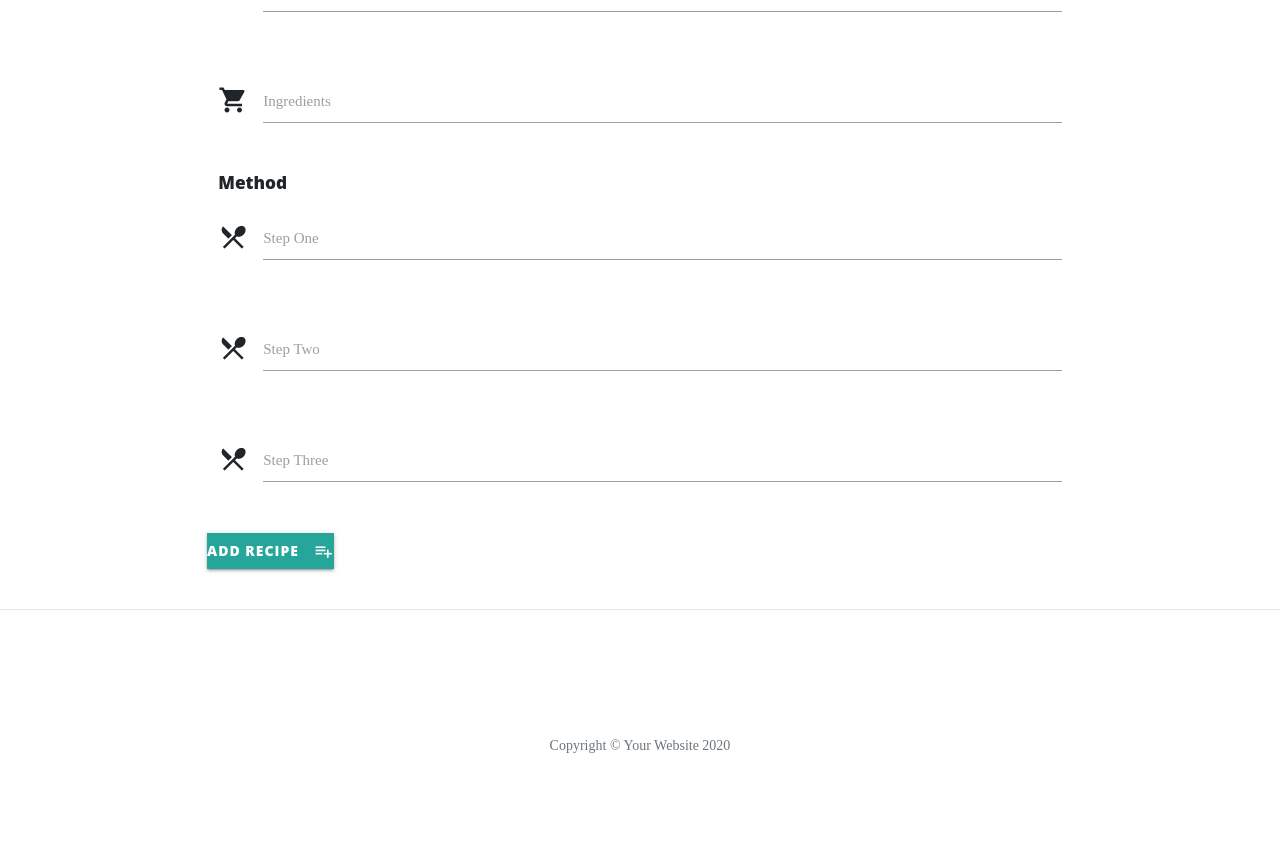
Repository: saffiya/cookbook
Page: http://localhost/addrecipe.html
The author's editor kept a record of every edit. The page is drawn from the files as they stood at one moment, then again after the next edit.
The browser window is 1280 px wide. The pictures show the part of the page from y = 1170 to 2122 px (the page is 2011 px tall before and 2122 px after).
The page is served by the project's application, run on Flask 3 (app.py). Other server files are loaded and not shown. Queries for data that is not in the repository find no rows.

Above is the page before.

### templates/addrecipe.html
{% extends 'base.html' %} {% block content %}
<h3>{{ page_title }}</h3>

<div class="row">
    <form action="{{ url_for('insert_recipe') }}" method="POST" class="col s12">
        <div class="row">
            <div class="input-field col s6">
                <i class="material-icons prefix">create</i>
                <input id="name" name="name" type="text" class="validate">
                <label for="icon_prefix">Recipe Name</label>
            </div>
             <div class="input-field col s6">
                <i class="material-icons prefix">add_a_photo</i>
                <input id="image_source" name="image_source" type="text" class="validate">
                <label for="icon_prefix">Image URL</label>
            </div>
        </div>
        <div class="row">
            <div class="row">
                <div class="input-field col s6">
                    <i class="material-icons prefix">access_time</i>
                    <input id="time" name="time" type="number" class="validate">
                    <label for="icon_prefix">Time</label>
                </div>
                <div class="input-field col s6">
                    <i class="material-icons prefix">supervisor_account</i>
                    <input id="serves" name="serves" type="number" class="validate">
                    <label for="icon_telephone">Serves</label>
                </div>
            </div>
            <div class="row">
                <div class="input-field col s6">
                    <i class="material-icons prefix">poll</i>
                    <select id="difficulty" name="difficulty">
                        <option value="" disabled selected>Choose The Difficulty</option>
                        <option value="1">Easy</option>
                        <option value="2">Medium</option>
                        <option value="3">Hard</option>
                    </select>
                </div>
                <div class="input-field col s6">
                    <i class="material-icons prefix">poll</i>
                    <select multiple id="category" name="category_name">
                        <option value="" disabled selected>Choose Category</option>
                        {% for cat in categories %}
                            <option value="{{cat.category_name}}">{{cat.category_name}}</option>
                        {% endfor %}
                    </select>
                </div>
            </div>
        </div>
        <div class="row">
            <div class="input-field col s12">
                <i class="material-icons prefix">subject</i>
                <textarea name="description" id="description" class="materialize-textarea"></textarea>
                <label for="icon_prefix">Description</label>
            </div>
        </div>
        <div class="row">
            <div class="input-field col s12">
                <i class="material-icons prefix">local_grocery_store</i>
                <textarea name="ingredients" id="ingredients" class="materialize-textarea"></textarea>
                <label for="icon_prefix">Ingredients</label>
            </div>
        </div>
        <h6>Method</h6>
        <div class="row">
            <div class="input-field col s12">
                <i class="material-icons prefix">local_dining</i>
                <textarea name="method_one" id="method_one" class="materialize-textarea"></textarea>
                <label for="icon_prefix">Step One</label>
            </div>
        </div>
        <div class="row">
            <div class="input-field col s12">
                <i class="material-icons prefix">local_dining</i>
                <textarea name="method_two" id="method_two" class="materialize-textarea"></textarea>
                <label for="icon_prefix">Step Two</label>
            </div>
        </div>
        <div class="row">
            <div class="input-field col s12">
                <i class="material-icons prefix">local_dining</i>
                <textarea name="method_three" id="method_three" class="materialize-textarea"></textarea>
                <label for="icon_prefix">Step Three</label>
            </div>
        </div>
        <div class="row">
            <button class="btn waves-effect waves-light" type="submit" name="action">Add Recipe
                <i class="material-icons right">playlist_add</i>
            </button>
        </div>
    </form>
</div>

{% endblock %}

### templates/base.html
<!DOCTYPE html>
<html lang="en">

<head>
    <meta charset="UTF-8">
    <meta name="viewport" content="width=device-width, initial-scale=1.0">
    <meta http-equiv="X-UA-Compatible" content="ie=edge">
    <link rel="stylesheet" href="{{ url_for('static', filename='vendor/bootstrap/css/bootstrap.min.css') }}">
    <link href="https://fonts.googleapis.com/icon?family=Material+Icons" rel="stylesheet">
    <link rel="stylesheet" href="https://cdnjs.cloudflare.com/ajax/libs/materialize/1.0.0/css/materialize.min.css">
    <link rel="stylesheet" href="{{ url_for('static', filename='css/clean-blog.min.css') }}" type="text/css" />
    <link rel="stylesheet" href="{{ url_for('static', filename='css/style.css') }}" type="text/css" />

    <title>Home Page</title>
</head>

<body>
    <!-- Navigation -->
    <nav class="navbar navbar-expand-lg navbar-light fixed-top" id="mainNav">
        <div class="container">
            <a class="navbar-brand" href="{{ url_for('index') }}">Healthy Recipes</a>
            <button class="navbar-toggler navbar-toggler-right" type="button" data-toggle="collapse" data-target="#navbarResponsive" aria-controls="navbarResponsive" aria-expanded="false" aria-label="Toggle navigation">
        Menu
        <i class="fas fa-bars"></i>
      </button>
            <div class="collapse navbar-collapse" id="navbarResponsive">
                <ul class="navbar-nav ml-auto">
                    <li class="nav-item">
                        <a class="nav-link" href="{{ url_for('index') }}">Home</a>
                    </li>
                    <li class="nav-item">
                        <a class="nav-link" href="{{ url_for('about') }}">About</a>
                    </li>
                    <li class="nav-item">
                        <a class="nav-link" href="{{ url_for('recipes') }}"> Recipes</a>
                    </li>
                    <li class="nav-item">
                        <a class="nav-link" href="{{ url_for('products') }}">Our Products</a>
                    </li>
                </ul>
            </div>
        </div>
    </nav>

    <!-- Page Header -->
    <header class="masthead" style="background-image: url('{{ url_for('static', filename='img/spices_background.jpeg') }}')">
        <div class="overlay"></div>
        <div class="container">
            <div class="row">
                <div class="col-lg-8 col-md-10 mx-auto">
                    <div class="site-heading">
                        <h2>Healthy Recipes</h2>
                        <span class="subheading">Clean, healthy recipes to spice up your life. Enjoy out collection of healthy recipes and if you have any that youd like to share please log in and add your personal favourites. To make your life even easier, check out our products page for our range of kitchen tools. </span>
                    </div>
                </div>
            </div>
        </div>
    </header>

    <!-- Main Content -->
    <div class="container">

        {% block content %} {% endblock %}

    </div>

    <hr>

    <!-- Footer -->
    <footer>
        <div class="container">
            <div class="row">
                <div class="col-lg-8 col-md-10 mx-auto">
                    <ul class="list-inline text-center">
                        <li class="list-inline-item">
                            <a href="#">
                <span class="fa-stack fa-lg">
                  <i class="fas fa-circle fa-stack-2x"></i>
                  <i class="fab fa-twitter fa-stack-1x fa-inverse"></i>
                </span>
              </a>
                        </li>
                        <li class="list-inline-item">
                            <a href="#">
                <span class="fa-stack fa-lg">
                  <i class="fas fa-circle fa-stack-2x"></i>
                  <i class="fab fa-facebook-f fa-stack-1x fa-inverse"></i>
                </span>
              </a>
                        </li>
                        <li class="list-inline-item">
                            <a href="#">
                <span class="fa-stack fa-lg">
                  <i class="fas fa-circle fa-stack-2x"></i>
                  <i class="fab fa-github fa-stack-1x fa-inverse"></i>
                </span>
              </a>
                        </li>
                    </ul>
                    <p class="copyright text-muted">Copyright &copy; Your Website 2020</p>
                </div>
            </div>
        </div>
    </footer>

    <!-- Bootstrap core JavaScript -->
    <script src="{{ url_for('static', filename='vendor/jquery/jquery.min.js') }}"></script>
    <script src="{{ url_for('static', filename='vendor/bootstrap/js/bootstrap.bundle.min.js') }}"></script>

    <!-- Materialize -->
    <script src="https://cdnjs.cloudflare.com/ajax/libs/materialize/1.0.0/js/materialize.min.js"></script>
    <script type="text/javascript">
        $(document).ready(function() { $('select').formSelect(); });
    </script>


    <!-- Custom scripts for this template -->
    <script src="{{ url_for('static', filename='js/clean-blog.min.js') }}"></script>


</body>

</html>

### app.py
import os
import json
from flask import Flask, render_template, redirect, request, url_for
from flask_pymongo import PyMongo
from bson.objectid import ObjectId
from slugify import slugify

app = Flask(__name__)
app.config["MONGO_DBNAME"] = 'cookbook'
app.config["MONGO_URI"] = 'mongodb+srv://saffiya:St4rl1ght@myfirstcluster-ysd9s.mongodb.net/cookbook?retryWrites=true&w=majority'

mongo = PyMongo(app)

@app.route('/')

@app.route("/")
def index():
    return render_template("index.html")

# @app.route('/get_recipes')
# def get_recipes():
    # return render_template("recipe.html", recipes=mongo.db.recipes.find())


@app.route("/about")
def about():
    return render_template("about.html", page_title="About Us")

@app.route("/products")
def products():
    return render_template("products.html", page_title="Our Products")

@app.route("/addrecipe.html")
def addrecipe():
    return render_template("addrecipe.html",
    categories=mongo.db.categories.find(), page_title="Add A Recipe")

@app.route('/insert_recipe', methods=['POST'])
def insert_recipe():
    sluggify_url = slugify(request.form.get("name"))
    recipes = mongo.db.recipes
    recipe_id = recipes.insert_one(request.form.to_dict())
    myrecipe = { }
    recipe = mongo.db.recipes.find_one_and_update({'_id': ObjectId(recipe_id.inserted_id)}, {'$set': {'sluggify_url': sluggify_url}})
    return redirect(url_for('recipes_recipe', recipe_id = recipe_id.inserted_id, sluggify_url = sluggify_url))

@app.route("/recipes")
def recipes():
    recipes = mongo.db.recipes.find()
    return render_template("recipes.html", page_title="Recipes", recipes=recipes)

@app.route("/recipes/<recipe_id>/<sluggify_url>")
def recipes_recipe(recipe_id, sluggify_url):
    recipe = mongo.db.recipes.find_one({"_id": ObjectId(recipe_id)})
    return render_template("recipe.html", recipe=recipe)

if __name__ == '__main__':
    app.run(host=os.environ.get('IP'),
        port=int(os.environ.get('PORT')),
        debug=True)

Loaded but not shown: static/css/clean-blog.min.css (library); static/js/clean-blog.min.js (common file); static/css/style.css (no copy from this time; the picture is the same without it)

After the next edit:
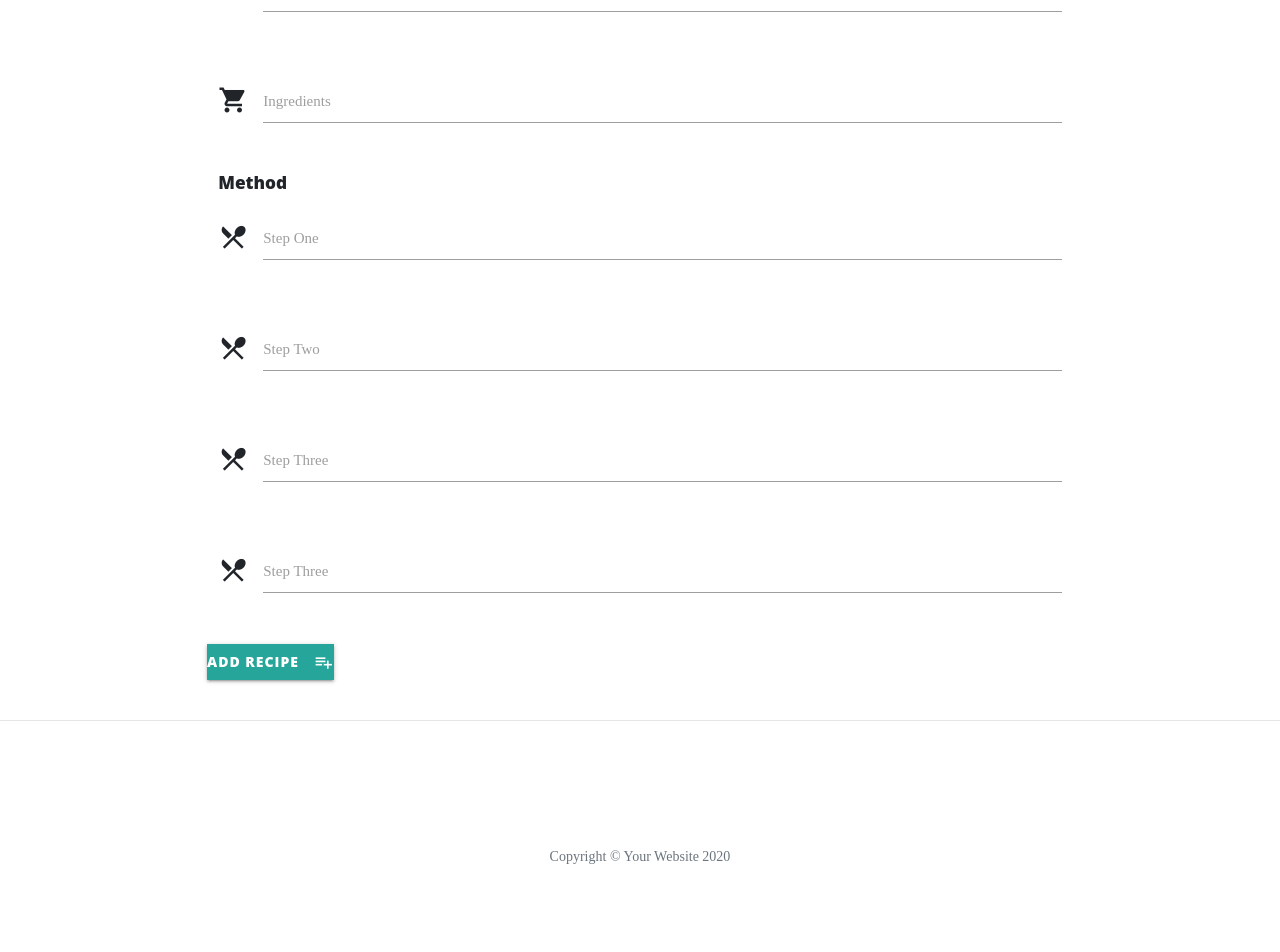
The edit:
--- a/templates/addrecipe.html
+++ b/templates/addrecipe.html
@@ -9,7 +9,7 @@
                 <input id="name" name="name" type="text" class="validate">
                 <label for="icon_prefix">Recipe Name</label>
             </div>
-             <div class="input-field col s6">
+            <div class="input-field col s6">
                 <i class="material-icons prefix">add_a_photo</i>
                 <input id="image_source" name="image_source" type="text" class="validate">
                 <label for="icon_prefix">Image URL</label>
@@ -86,6 +86,13 @@
             </div>
         </div>
         <div class="row">
+            <div class="input-field col s12">
+                <i class="material-icons prefix">local_dining</i>
+                <textarea name="method_three" id="method_three" class="materialize-textarea"></textarea>
+                <label for="icon_prefix">Step Three</label>
+            </div>
+        </div>
+        <div class="row">
             <button class="btn waves-effect waves-light" type="submit" name="action">Add Recipe
                 <i class="material-icons right">playlist_add</i>
             </button>
